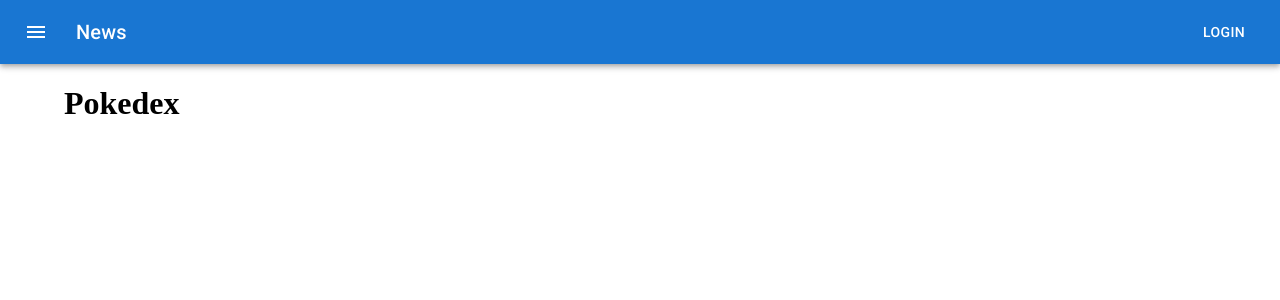
Repository: guilhermecardoso93/pokedex
Page: /
These files come from the project's save history. The page is drawn as it stood at one moment and after the next save; the edit follows.
The browser window is 1280 px wide. The pictures show the whole page.
The page's requests for data from a server got no answer. The project was rebuilt for these pictures with package versions that can differ from the ones it lists, and the page was loaded fresh each time. No one was signed in, and anything a server would have sent is missing. Also part of the build but not shown: src/pokemon/services/getPokemonDetails.ts, src/pokemon/PokemonDetails.tsx.

Above is the page before, as saved 2022-08-06 22:09:33.

### public/index.html
<!DOCTYPE html>
<html lang="en">

<head>
  <meta charset="utf-8" />
  <link rel="icon" href="/public/favicon.ico" />
  <link rel="shortcut icon" href="/favicon.ico" type="image/x-icon">
  <meta name="viewport" content="width=device-width, initial-scale=1" />
  <meta name="theme-color" content="#000000" />
  <meta name="description" content="Web site created using create-react-app" />
  <link rel="stylesheet" href="https://fonts.googleapis.com/css?family=Roboto:300,400,500,700&display=swap" />
  <title>Pokedex</title>
  <Style>
    body {
      box-sizing: border-box;
      margin: 0;
      padding: 0;
    }
  </Style>
</head>

<body>
  <noscript>You need to enable JavaScript to run this app.</noscript>
  <div id="root"></div>
</body>

</html>

### src/index.tsx
import { StrictMode } from "react";
import ReactDOM from "react-dom";
import { App } from "./App";
// import { AuthProvider } from './contexts/JWTContext';

ReactDOM.render(
  <StrictMode>
    <App />
  </StrictMode>,
  document.getElementById("root"),
);

### src/App.tsx
import React from "react";
import { BrowserRouter, Router } from "react-router-dom";
import Routes from "./Routes";

export const App: React.FC = () => {
  return (
    <>
      <BrowserRouter>
        <Routes />
      </BrowserRouter>
    </>
  );
};

### src/Routes.tsx
import React from 'react';
import { Route, Switch } from 'react-router-dom';
import { Pokedex } from './pokedex/Pokedex';
import { PokemonDetails } from './pokemon/PokemonDetails';

interface RoutesProps {

}

export const Routes: React.FC<RoutesProps> = () => {
  return (
    <Switch>
      <Route path='/pokemon/:name'>
        <PokemonDetails/>
      </Route>
      <Route path='/'>
        <Pokedex />
      </Route>
    </Switch>
  );
};

export default Routes;

### src/pokedex/Pokedex.tsx
import { useEffect, useState } from "react";
import { useHistory } from "react-router-dom";

import Box from "@mui/material/Box";
import Typography from "@mui/material/Typography";
import Button from "@mui/material/Button";
import { CardActions, CardContent, Grid } from "@mui/material";
import { Container } from "@mui/system";

import { AppBarMenu } from "../components/AppBarMenu";
import { listPokemon, PokemonListInterface } from "../pokemon/services/listPokemon";


export const axios = require("axios");

interface PokedexProps {}

export const Pokedex: React.FC<PokedexProps> = () => {
  const [pokemon, setPokemon] = useState<PokemonListInterface[]>([]);
  const [pokemonSelected, setPokemonSelected] = useState< PokemonListInterface | undefined>(undefined);
  const history = useHistory()



  useEffect(() => {
    listPokemon().then((response: any) => setPokemon(response.results));
  }, []);

  function handleClick(pokemon: PokemonListInterface){
    history.push(`/pokemon/${pokemon.name}`)
  }

  return (

    <>
      <AppBarMenu />
      <Container maxWidth="lg">
        <Box mt={2}>
          <h1>Pokedex</h1>

          <Grid
            container
            spacing={2}
            columnSpacing={{ xs: 1, sm: 2, md: 3 }}
          >
            {pokemon.map((pokemon) => (
              <>
                <Grid
                  item
                  xs={6}
                  lg={3}
                  md={3}
                  style={{ backgroundColor: "gray" }}
                >
                  <CardContent>
                    <Typography
                      sx={{ fontSize: 14 }}
                      color="text.secondary"
                      gutterBottom
                    >
                      {pokemon.name}
                    </Typography>
                  </CardContent>
                  <CardActions>
                    <Button
                      size="small"
                      onClick={() => handleClick(pokemon)}
                    >
                      Abrir
                    </Button>
                  </CardActions>
                </Grid>
              </>
            ))}
          </Grid>
        </Box>
      </Container>
    </>
  );
};

### src/components/AppBarMenu.tsx
import React from "react";
import { AppBar, Toolbar } from "@mui/material";
import IconButton from "@mui/material/IconButton";
import MenuIcon from "@mui/icons-material/Menu";
import Typography from "@mui/material/Typography";
import Button from "@mui/material/Button";

interface AppbarProps {
}

export const AppBarMenu: React.FC<AppbarProps> = () => {
  return (
    <AppBar position="static">
      <Toolbar>
        <IconButton
          size="large"
          edge="start"
          color="inherit"
          aria-label="menu"
          sx={{ mr: 2 }}
        >
          <MenuIcon />
        </IconButton>
        <Typography variant="h6" component="div" sx={{ flexGrow: 1 }}>
          News
        </Typography>
        <Button color="inherit">Login</Button>
      </Toolbar>
    </AppBar>
  );
};

### src/pokemon/services/listPokemon.ts
import axios from "axios";

export interface PokemonListInterface {
  name: string;
  url: string;
}

export interface listPokemonInterface {
  count: number;
  next: null | string;
  previous: null | string;
  results: PokemonListInterface[];
}

export async function listPokemon(): Promise<listPokemonInterface> {
  const endpoint = `${process.env.REACT_APP_POKEAPI}/pokemon`;

  const response = await axios.get<listPokemonInterface>(endpoint);

  return response.data;
}

After the next save:
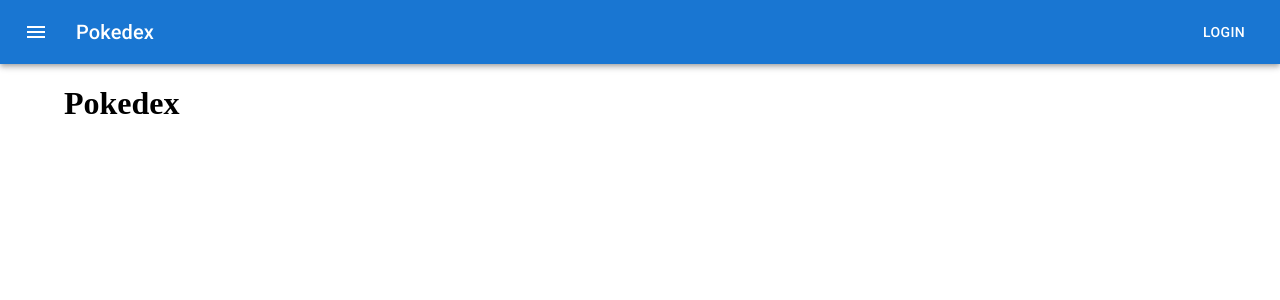
Saved 11 h 27 min later.
--- a/src/components/AppBarMenu.tsx
+++ b/src/components/AppBarMenu.tsx
@@ -22,7 +22,7 @@
           <MenuIcon />
         </IconButton>
         <Typography variant="h6" component="div" sx={{ flexGrow: 1 }}>
-          News
+          Pokedex
         </Typography>
         <Button color="inherit">Login</Button>
       </Toolbar>
